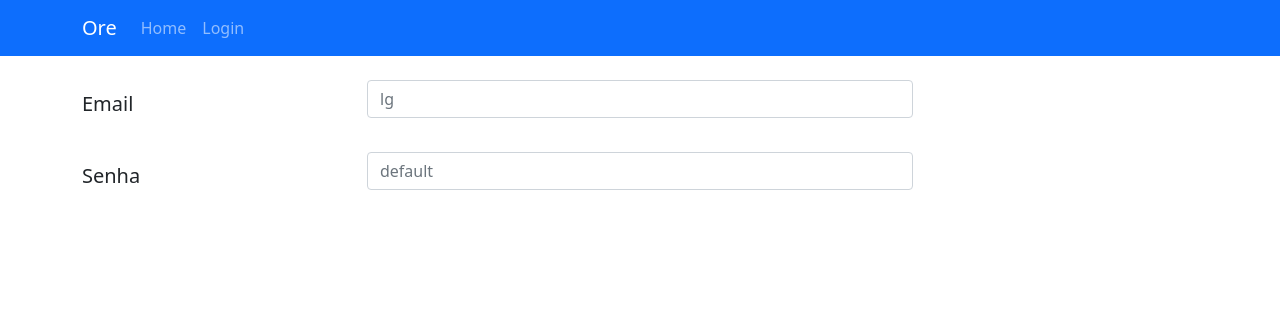
Repository: thf4/React-Front
Page: /login
These files come from the project's save history. The page is drawn as it stood at one moment and after the next save; the edit follows.
The browser window is 1280 px wide. The pictures show the whole page.
The project was rebuilt for these pictures with package versions that can differ from the ones it lists, and the page was loaded fresh each time. Also part of the build but not shown: src/config/index.js, src/pages/Home/index.js, src/pages/Vizualizar/index.js, src/config/cadastrar.js, src/pages/Cadastrar/index.js, src/pages/Editar/index.js, src/pages/HomePage/index.js.

Above is the page before, as saved 2021-05-07 15:56:10.

### src/App.js
import React from "react";
import { BrowserRouter as Router, Switch, Route } from "react-router-dom";
import { Home } from "./pages/Home/";
import { View } from "./pages/Vizualizar/";
import { Cadastrar } from "./pages/Cadastrar/";
import { Editar } from "./pages/Editar/";
import { Menu } from "./components/Menu";
import { Homepage	 } from "./pages/HomePage/index"
import { Login } from "./pages/Login"
import 'bootstrap/dist/css/bootstrap.min.css';
function App() {
  return (
    <div>
      <Menu />
      <Router>
        <Switch>
          <Route exact path="/" component={Homepage} />
          <Route path="/listar" component={Home} />
          <Route path="/login" component={Login} />
          <Route path="/view" component={View} />
          <Route path="/cadastrar" component={Cadastrar} />
          <Route path="/editar" component={Editar} />
        </Switch>
      </Router>
    </div>
  );
}

export default App;

### src/components/Menu.js
import React, { useState } from "react";
import {
  Collapse,
  Navbar,
  NavbarToggler,
  NavbarBrand,
  Nav,
  NavItem,
  NavLink,
  Container,
} from "reactstrap";
export const Menu = (props) => {
  const [isOpen, setIsOpen] = useState(false);
  const toggle = () => setIsOpen(!isOpen);

  return (
    <div>
      <Navbar color="primary" dark expand="md">
        <Container>
        <NavbarBrand href="/">Ore</NavbarBrand>
        <NavbarToggler onClick={toggle} />
        <Collapse isOpen={isOpen} navbar>
          <Nav className="mr-auto" navbar>
            <NavItem>
              <NavLink href="/">Home</NavLink>
            </NavItem>
            <NavItem>
              <NavLink href="/login">Login</NavLink>
            </NavItem>
          </Nav>
        </Collapse>
        </Container>
      </Navbar>
    </div>
  );
};

### src/pages/Login/index.js
import React from "react";
import { Col, Form, FormGroup, Label, Input, Container } from "reactstrap";
export const Login = (props) => {
  return (
    <Container>
      <Form>
        <FormGroup row className="mt-4">
          <Label for="email" sm={3} size="lg">
            Email
          </Label>
          <Col sm={6}>
            <Input type="email" name="email" id="email" placeholder="lg" />
          </Col>
        </FormGroup>
        <FormGroup row className="mt-4">
          <Label for="paswword " sm={3} size="lg">
            Senha
          </Label>
          <Col sm={6}>
            <Input
              type="password"
              name="password"
              id="password"
              placeholder="default"
            />
          </Col>
        </FormGroup>
      </Form>
    </Container>
  );
};

Loaded but not shown: public/index.html (common file); src/index.js (common file); src/index.css (common file); src/reportWebVitals.js (common file)

After the next save:
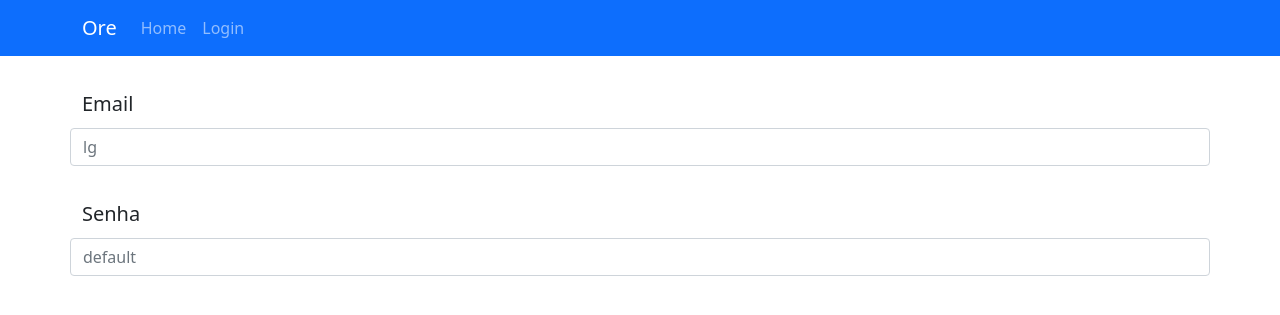
Saved 84 s later.
--- a/src/pages/Login/index.js
+++ b/src/pages/Login/index.js
@@ -8,22 +8,22 @@ export const Login = (props) => {
           <Label for="email" sm={3} size="lg">
             Email
           </Label>
-          <Col sm={6}>
+
             <Input type="email" name="email" id="email" placeholder="lg" />
-          </Col>
+
         </FormGroup>
         <FormGroup row className="mt-4">
           <Label for="paswword " sm={3} size="lg">
             Senha
           </Label>
-          <Col sm={6}>
+
             <Input
               type="password"
               name="password"
               id="password"
               placeholder="default"
             />
-          </Col>
+
         </FormGroup>
       </Form>
     </Container>
